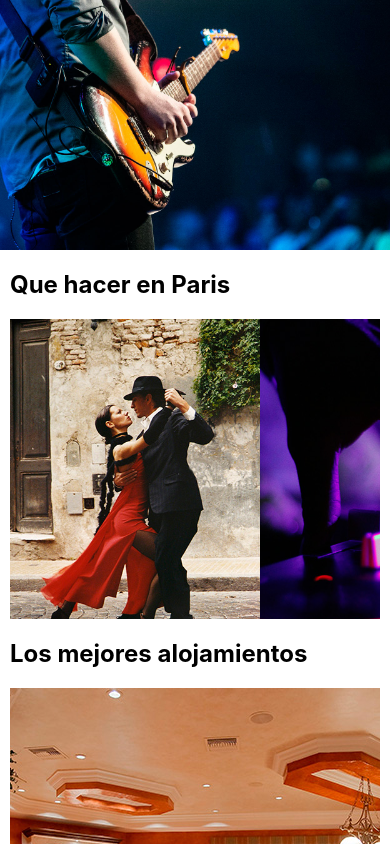
Repository: AleMicky/layout
Screen: /
These files come from the project's save history. The screen is drawn as it stood at one moment and after the next save; the edit follows.
An inner scrolling area shows only its first screen. The app was drawn by React Native's web renderer in a window 390 px wide. The project was rebuilt for these pictures with package versions that can differ from the ones it lists, and the page was loaded fresh each time.

Above is the screen before, as saved 2020-06-27 16:50:45.

### App.js
import React from 'react';
import { StyleSheet, View, Image, Text, ScrollView } from 'react-native';


const App = () => {
  return (
    <>
      <ScrollView>
        <View style={{flexDirection:'row'}}>
            <Image  style={styles.banner}
                    source={require('./assets/img/bg.jpg')} />
        </View>
        <View style={styles.contenedor}>
            <Text style={styles.titulo}>Que hacer en Paris</Text>
            <ScrollView
              horizontal
            >
                <View>
                  <Image  style={styles.ciudad}
                          source={require('./assets/img/actividad1.jpg')} />
                </View>
                <View>
                  <Image  style={styles.ciudad}
                          source={require('./assets/img/actividad2.jpg')} />
                </View>
                <View>
                  <Image  style={styles.ciudad}
                          source={require('./assets/img/actividad3.jpg')} />
                </View>
                <View>
                  <Image  style={styles.ciudad}
                          source={require('./assets/img/actividad4.jpg')} />
                </View>
                <View>
                  <Image  style={styles.ciudad}
                          source={require('./assets/img/actividad5.jpg')} />
                </View>
            </ScrollView>
            <Text style={styles.titulo}>Los mejores alojamientos</Text>
            <View>
                    <View>
                        <Image  style={styles.mejoresDestinos}
                               source={require('./assets/img/hospedaje1.jpg')} />
                    </View>
                    <View>
                        <Image  style={styles.mejoresDestinos}
                               source={require('./assets/img/hospedaje2.jpg')} />
                    </View>
                    <View>
                        <Image  style={styles.mejoresDestinos}
                               source={require('./assets/img/hospedaje3.jpg')} />
                    </View>
            </View>
        </View>
        </ScrollView>
    </>
  );
};

const styles = StyleSheet.create({
  banner:{
    height:250,
    flex:1
  },
  titulo:{
    fontWeight:'bold',
    fontSize:24,
    marginVertical:20
  },
  contenedor:{
    marginHorizontal: 10
  },
  ciudad:{
    width:250,
    height:300
  },
  mejoresDestinos:{
   width:'100%'
  }
});

export default App;

After the next save:
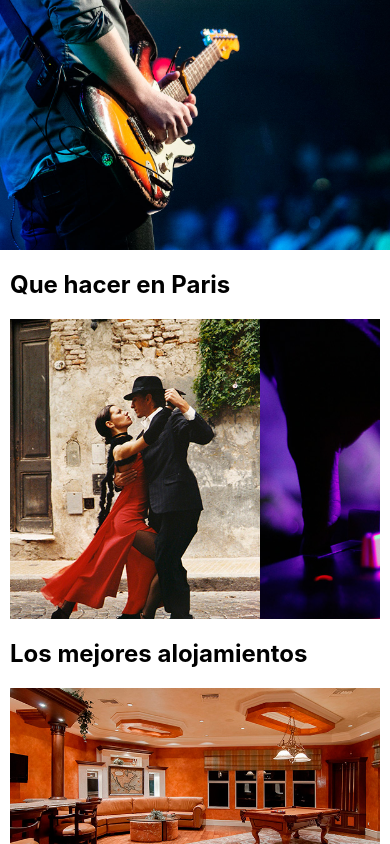
Saved 99 s later.
--- a/App.js
+++ b/App.js
@@ -75,7 +75,8 @@ const styles = StyleSheet.create({
     height:300
   },
   mejoresDestinos:{
-   width:'100%'
+   width:'100%',
+   height:200
   }
 });
 
